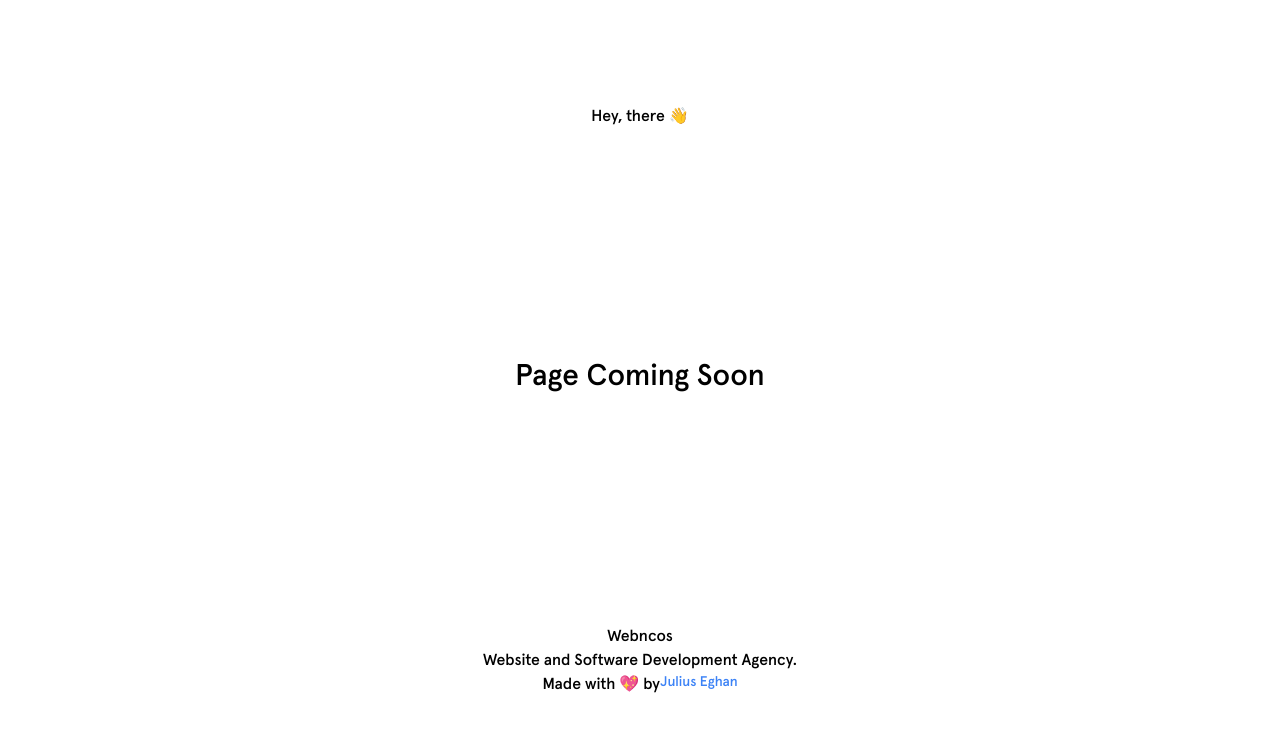
Repository: 1realjulius/webncos
Page: /
The author's editor kept a copy of each file at every save. The page is drawn from the files as they stood at one save, then again after the next save.
The browser window is 1280 px wide. The pictures show the whole page.
The project was rebuilt for these pictures with package versions that can differ from the ones it lists, and the page was loaded fresh each time. The framework's server and built-in components were replaced by stand-ins that run in the browser. Also part of the build but not shown: next.config.js.

Above is the page before, as saved 2022-08-13 05:34:01.

### pages/index.tsx
import type { NextPage } from 'next'
import Head from 'next/head'
import Image from 'next/image'
import ComingSoon from '../components/ComingSoon'

const Home: NextPage = () => {
  return (
    <div className="flex min-h-screen flex-col items-center justify-center py-2 font-ApercuMedium">
      <Head>
      <title>Webncos</title>
        <meta name="description" content="Website and Software Development Agency." />
        <meta property="og:type" content="website"/>
        <meta property="og:url" content="https://www.webncos.com/"/>
        <meta property="og:title" content="Webncos — Website and Software Development Agency."/>
        <meta property="og:description" content="Website and Software Development Agency."/>
        {/* <meta property="og:image" content="/Assets/newmemoji.svg"/> */}
        {/* <meta property="twitter:card" content="/Assets/Julius_Eghan.jpg"/> */}
        <meta property="twitter:url" content="https://www.webncos.com/"/>
        <meta property="twitter:title" content="Webncos — Website and Software Development Agency."/>
        <meta property="twitter:description" content="Website and Software Development Agency."/>
        {/* <meta property="twitter:image" content="/Assets/Julius_Eghan.jpg"/> */}
        <link rel="icon" href="/favicon.ico" />
        {/* <meta name="google-site-verification" content="0HesePHVymRqGiL70HUKPIq0Zsap0uUIb_Ci0DpImRY" /> */}
        <meta name="theme-color" content="#f7f2f2"   media="(prefers-color-scheme: light)"/>
        <meta name="theme-color" content="#090c10"   media="(prefers-color-scheme: dark)"/>
      </Head>
      <ComingSoon/>

    </div>
  )
}

export default Home

### styles/globals.css
@tailwind base;
@tailwind components;
@tailwind utilities;

@layer base{
      @font-face{
        font-family: 'ApercuBold';
        src: url("/Fonts/ApercuPro-Bold.woff") format("woff"),url("/Fonts/ApercuPro-Bold.woff2") format("woff2");
      }
      @font-face{
        font-family: 'ApercuMedium';
        src: url("/Fonts/ApercuPro-Medium.woff") format("woff"),url("/Fonts/ApercuPro-Medium.woff2") format("woff2");
      }
    }

### components/ComingSoon.tsx
import Link from 'next/link'
import React from 'react'

const ComingSoon = () => {
  return (
    <div className='min-h-screen flex flex-col items-center justify-between md:p-8 p-6'>
    <div className='flex flex-col items-center justify-center pt-16'>
      <h1 className=''>Hey, there 👋</h1>
    </div>
    <div className='flex flex-col items-center justify-center'>
      <h1 className='text-3xl leading-none'>Page Coming Soon</h1>
    </div>
    <div className='flex flex-col items-center justify-center'>
        <div>
            <h1>Webncos</h1>
        </div>
        <div>
            <p>Website and Software Development Agency.</p>
        </div>
        <div>
            <p className="flex flex-row">
                <span>Made with 💖 by</span>
                <Link href='https://www.iamjulius.com/'>
                    <span className=' cursor-pointer text-blue-500 text-sm'>Julius Eghan</span>
                </Link>
            </p>
        </div>
    </div>
  </div>
  )
}

export default ComingSoon

### tailwind.config.js
/** @type {import('tailwindcss').Config} */
module.exports = {
  content: [
    './pages/**/*.{js,ts,jsx,tsx}',
    './components/**/*.{js,ts,jsx,tsx}',
  ],
  theme: {
    extend: {
      fontFamily: {
        ApercuBold: 'ApercuBold, sans',
        ApercuMedium: 'ApercuMedium, sans',
      },
    },
  },
  plugins: [],
}

Loaded but not shown: pages/_app.tsx (common file); pages/api/hello.ts (common file)

After the next save:
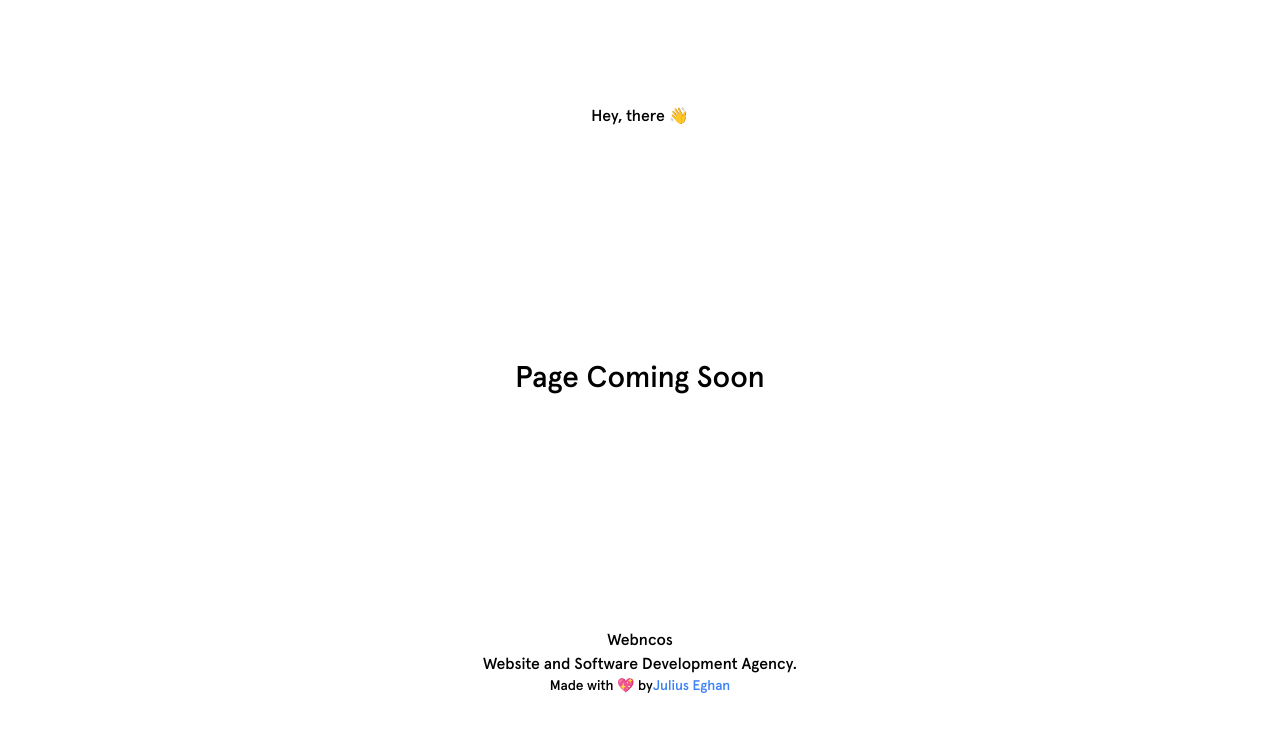
Saved 13 s later.
--- a/components/ComingSoon.tsx
+++ b/components/ComingSoon.tsx
@@ -18,10 +18,10 @@ const ComingSoon = () => {
             <p>Website and Software Development Agency.</p>
         </div>
         <div>
-            <p className="flex flex-row">
+            <p className="flex flex-row text-sm">
                 <span>Made with 💖 by</span>
                 <Link href='https://www.iamjulius.com/'>
-                    <span className=' cursor-pointer text-blue-500 text-sm'>Julius Eghan</span>
+                    <span className=' cursor-pointer text-blue-500'>Julius Eghan</span>
                 </Link>
             </p>
         </div>
